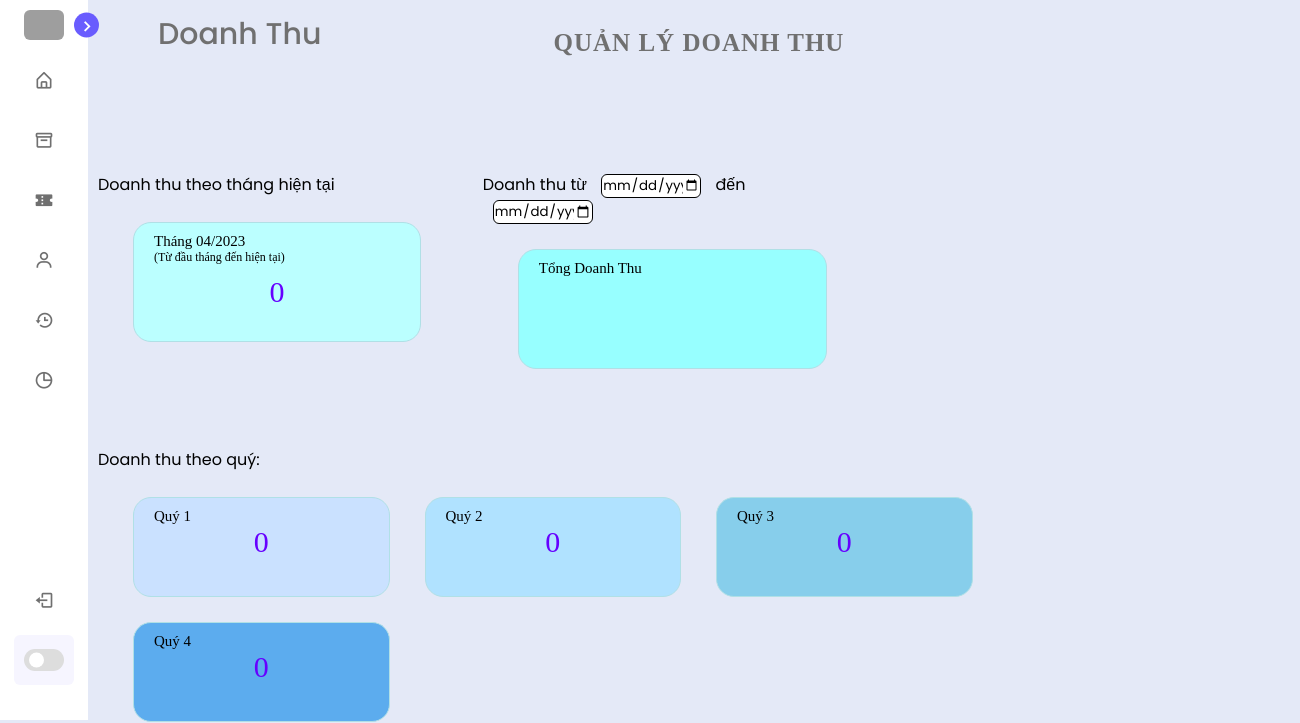
Repository: JeffDaveHudson/CapstoneProject
Page: http://localhost/CapstoneProject/revenue
The author's editor kept a copy of each file at every save. The page is drawn from the files as they stood at one save, then again after the next save.
The browser window is 1280 px wide. The page is 1300 px wide, so the pictures cover 1300 px, including what lies to the right of the window. The pictures show the whole page.
Pictures or frames that could not be fetched are drawn as grey boxes. The page is served by Tomcat 9. Queries for data that is not in the repository find no rows.

Above is the page before, as saved 2023-06-14 09:30:23.

After the next save:
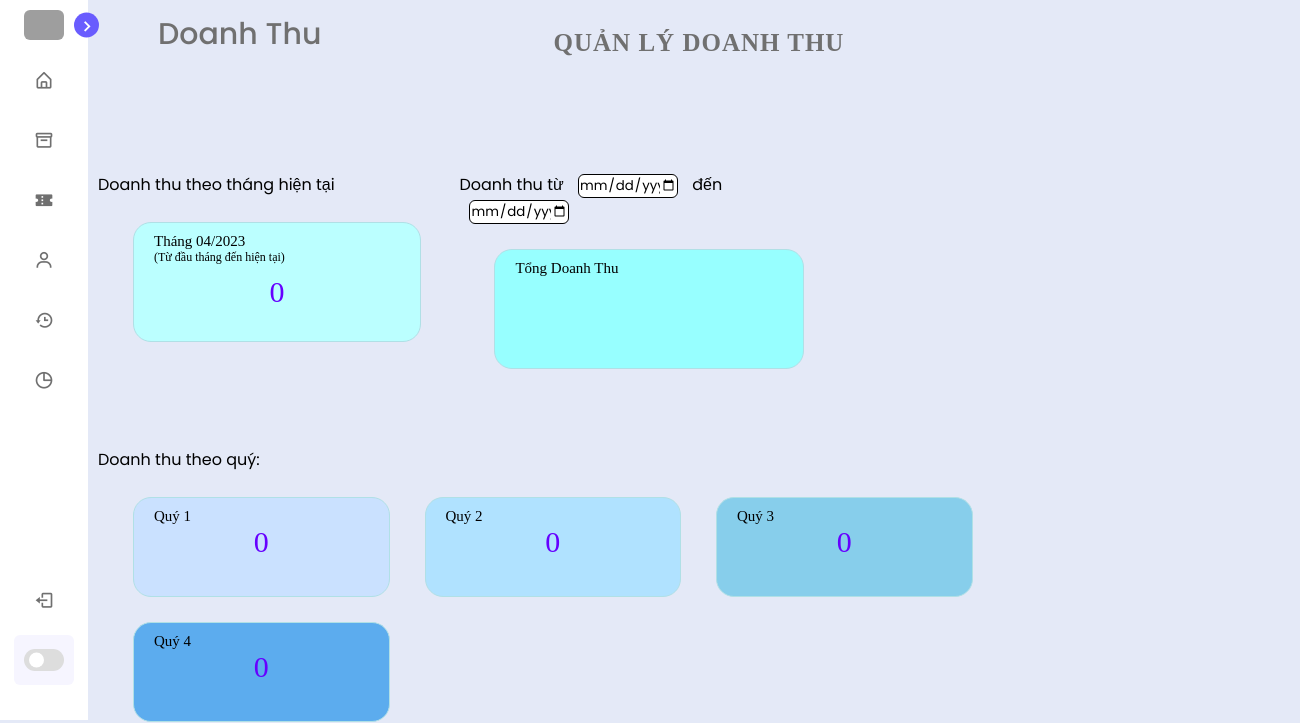
Saved 5 s later.
--- a/CapstoneProject/src/main/webapp/admin/Revenue.jsp
+++ b/CapstoneProject/src/main/webapp/admin/Revenue.jsp
@@ -117,7 +117,7 @@
 	width: 33%;
 	height: 200px;
 	float: left;
-	margin-left: 3%;
+	margin-left: 1%;
 }
 
 .div3 {
